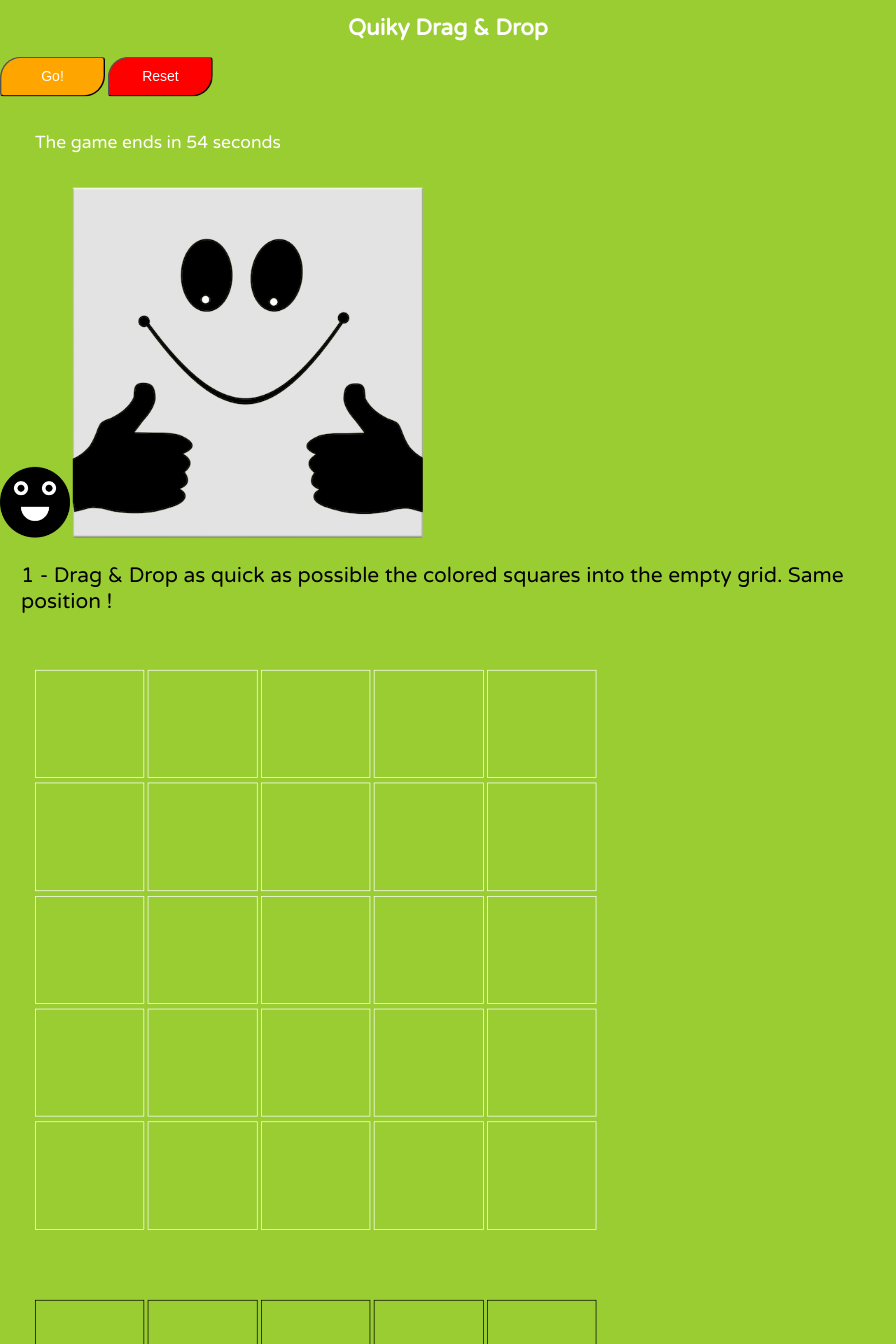
Repository: Siehan/Quiky-drag-and-drop
Page: index.html
An editor plug-in stored every save of this project. The page is shown before and after a run of saves, followed by the edit.
The browser window is 1280 px wide. The pictures show the part of the page from y = 0 to 1920 px (the page is 3321 px tall before and 2021 px after), at 70% of full size.

Above is the page before, as saved 2020-01-22 15:01:51.
Console error: TypeError: Cannot read properties of null (reading 'addEventListener')

### index.html
<!DOCTYPE html>
<html lang="en">

<head>
  <meta charset="UTF-8">
  <meta name="viewport" content="width=device-width, initial-scale=1.0">
  <meta http-equiv="X-UA-Compatible" content="ie=edge">
  <link rel="stylesheet" type="text/css" href="style.css">
  <script type="module" src="grid.js"></script>
  <script type="text/javascript"></script>
  <title>Document</title>
</head>

<body>
  <header>
    <h1>Quiky Drag & Drop</h1>
    <button id="button-go">Go!</button>
    <button id="button-reset">Reset</button>
  </header>

  <div id="time"></div>
  <img class="black-face" src="images/1297390581.png" alt="black face">
  <img class="thumbs-face" src="images/Thumbs-Up-Smiley-Face.png" alt="thumbs face">
  <p>1 - Drag & Drop as quick as possible the colored squares into the empty grid. Same position !</p>
  <div id="container">

    <div class="container-one"></div>
    <div class="container-two"></div>
  </div>

  <div class="dropper">
    <div class="draggable">#1</div>
    <div class="draggable">#2</div>
  </div>
  <div class="dropper">
    <div class="draggable">#3</div>
    <div class="draggable">#4</div>
  </div>

</body>

</html>

### style.css
@import url("https://fonts.googleapis.com/css?family=Varela+Round&display=swap");

body, html {
  font-family: 'Varela Round', sans-serif;
  background: yellowgreen;
  color: white;
  margin: 0 auto;
  padding: 0;
}

#button-go {
  width: 150px;
  color: white;
  font-size: 20px;
  background-color: orange;
  padding: 15px;
  border-radius: 30px 5px;
}

#button-reset {
  width: 150px;
  color: white;
  font-size: 20px;
  background-color: red;
  padding: 15px;
  border-radius: 30px 5px;
}

h1 {
  color: white;
  text-align: center;
  border-style: 1px black;
}

p {
  padding: 30px;
  margin: auto;
  font-family: 'Varela Round', sans-serif;
  font-size: 30px;
  color: black;
}

.black-face {
  width: 100px;
}

.thumbs-face

#container {
  display: flex;
}

.container-one {
  display: grid;
  padding: 50px;
  grid-template-columns: repeat(5,1fr);
  grid-template-rows: repeat(5,1fr);
  width: 800px;
  height: 800px;
  grid-gap: 7px;
}

.container-two {
  display: grid;
  padding: 50px;
  grid-template-columns: repeat(5,1fr);
  grid-template-rows: repeat(5,1fr);
  width: 800px;
  height: 800px;
  grid-gap: 7px;
}

.container-one div {
  border: 1.5px solid white;
  width: 100%;
}

.container-two div {
  border: 1.5px solid black;
  width: 100%;
}

#time {
  padding: 50px;
  margin: auto;
  color: white;
  font-size: 25px;
}

.dropper {
    margin: 50px 10px 10px 50px;
    width: 400px;
    height: 250px;
    background-color: #555;
    border: 1px solid #111;

    border-radius: 10px;
    transition: all 200ms linear;
}

.drop_hover {
    box-shadow: 0 0 30px rgba(0, 0, 0, 0.8) inset;
}

.draggable {
    display: inline-block;
    margin: 20px 10px 10px 20px;
    padding-top: 20px;
    width: 80px;
    height: 60px;
    color: #3D110F;
    background-color: #822520;
    border: 4px solid #3D110F;
    text-align: center;
    font-size: 2em;
    cursor: move;

    transition: all 200ms linear;
    user-select: none;
}

### grid.js
function selectGeometricForms() {
    const btn = document.getElementById("button-go");
    const btnReset = document.getElementById("button-reset");
}

function setBlockColor() {
    const cases = document.querySelectorAll(".container-one div");
    cases.forEach(
        c =>
            c.style.background = getRandomColor())
}

function getRandomColor() {
    var letters = '0123456789ABCDEF';
    var color = '#';
    for (var i = 0; i < 6; i++) {
        color += letters[Math.floor(Math.random() * 16)];
    }
    return color;
}

function hourglass(id, cpt, lim, prev, next, callback) {
    (function f() {
        var el = document.getElementById(id);
        el.innerHTML = prev + cpt + next;
        if (cpt > lim) {
            cpt--;
            setTimeout(f, 999);
        } else if (callback) {
            callback();
        }
    })();
}

window.onload = function () {
    hourglass('time', 59, 0, 'The game ends in ', ' seconds', function () {
        alert("Game over !");
    });
};

for (let i = 0; i <= 24; i++) {
    var containerOne = document.querySelector(".container-one");
    var newDiv = document.createElement("div");
    newDiv.className = ("caseOne-" + i + " caseTableau1")
    containerOne.appendChild(newDiv);

}
console.log(containerOne);

for (let i = 0; i <= 24; i++) {
    var containerTwo = document.querySelector(".container-two");
    var newDiv2 = document.createElement("div");
    newDiv2.className = ("caseTwo-" + i + " caseTableau2")
    containerTwo.appendChild(newDiv2);
}
console.log(containerTwo);

var dragImg = new Image();
dragImg.src = 'drag_img.png';

document.querySelector('*[draggable="true"]').addEventListener('dragstart', function (e) {

    e.dataTransfer.setDragImage(dragImg, 40, 40); // Une position de 40x40 pixels centrera l'image (de 80x80 pixels) sous le curseur

});
(function () {

    var dndHandler = {

        draggedElement: null, // Propriété pointant vers l'élément en cours de déplacement

        applyDragEvents: function (element) {

            element.draggable = true;

            var dndHandler = this; // Cette variable est nécessaire pour que l'événement « dragstart » ci-dessous accède facilement au namespace « dndHandler »

            element.addEventListener('dragstart', function (e) {
                dndHandler.draggedElement = e.target; // On sauvegarde l'élément en cours de déplacement
                e.dataTransfer.setData('text/plain', ''); // Nécessaire pour Firefox
            });

        },

        applyDropEvents: function (dropper) {

            dropper.addEventListener('dragover', function (e) {
                e.preventDefault(); // On autorise le drop d'éléments
                this.className = 'dropper drop_hover'; // Et on applique le style adéquat à notre zone de drop quand un élément la survole
            });

            dropper.addEventListener('dragleave', function () {
                this.className = 'dropper'; // On revient au style de base lorsque l'élément quitte la zone de drop
            });

            var dndHandler = this; // Cette variable est nécessaire pour que l'événement « drop » ci-dessous accède facilement au namespace « dndHandler »

            dropper.addEventListener('drop', function (e) {

                var target = e.target,
                    draggedElement = dndHandler.draggedElement, // Récupération de l'élément concerné
                    clonedElement = draggedElement.cloneNode(true); // On créé immédiatement le clone de cet élément

                while (target.className.indexOf('dropper') == -1) { // Cette boucle permet de remonter jusqu'à la zone de drop parente
                    target = target.parentNode;
                }

                target.className = 'dropper'; // Application du style par défaut

                clonedElement = target.appendChild(clonedElement); // Ajout de l'élément cloné à la zone de drop actuelle
                dndHandler.applyDragEvents(clonedElement); // Nouvelle application des événements qui ont été perdus lors du cloneNode()

                draggedElement.parentNode.removeChild(draggedElement); // Suppression de l'élément d'origine

            });

        }

    };

    var elements = document.querySelectorAll('.draggable'),
        elementsLen = elements.length;

    for (var i = 0; i < elementsLen; i++) {
        dndHandler.applyDragEvents(elements[i]); // Application des paramètres nécessaires aux éléments déplaçables
    }

    var droppers = document.querySelectorAll('.dropper'),
        droppersLen = droppers.length;

    for (var i = 0; i < droppersLen; i++) {
        dndHandler.applyDropEvents(droppers[i]); // Application des événements nécessaires aux zones de drop
    }

})();


setBlockColor()

After the next 4 saves:
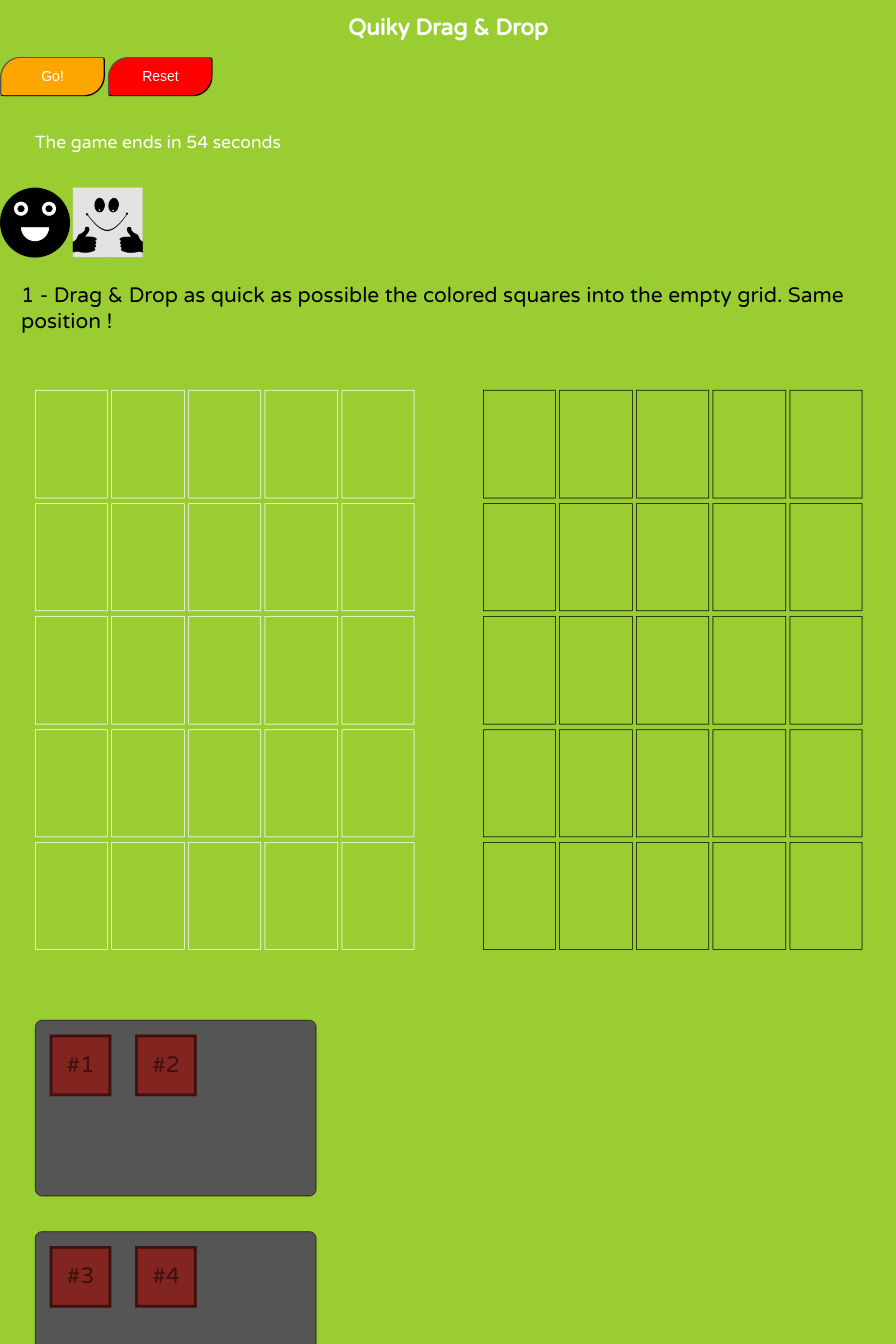
The 4 saves are shown as one change because they came seconds apart.
The last was saved 13 s later.
--- a/style.css
+++ b/style.css
@@ -44,7 +44,10 @@ p {
   width: 100px;
 }
 
-.thumbs-face
+.thumbs-face {
+  width: 100px;
+}
+
 
 #container {
   display: flex;
